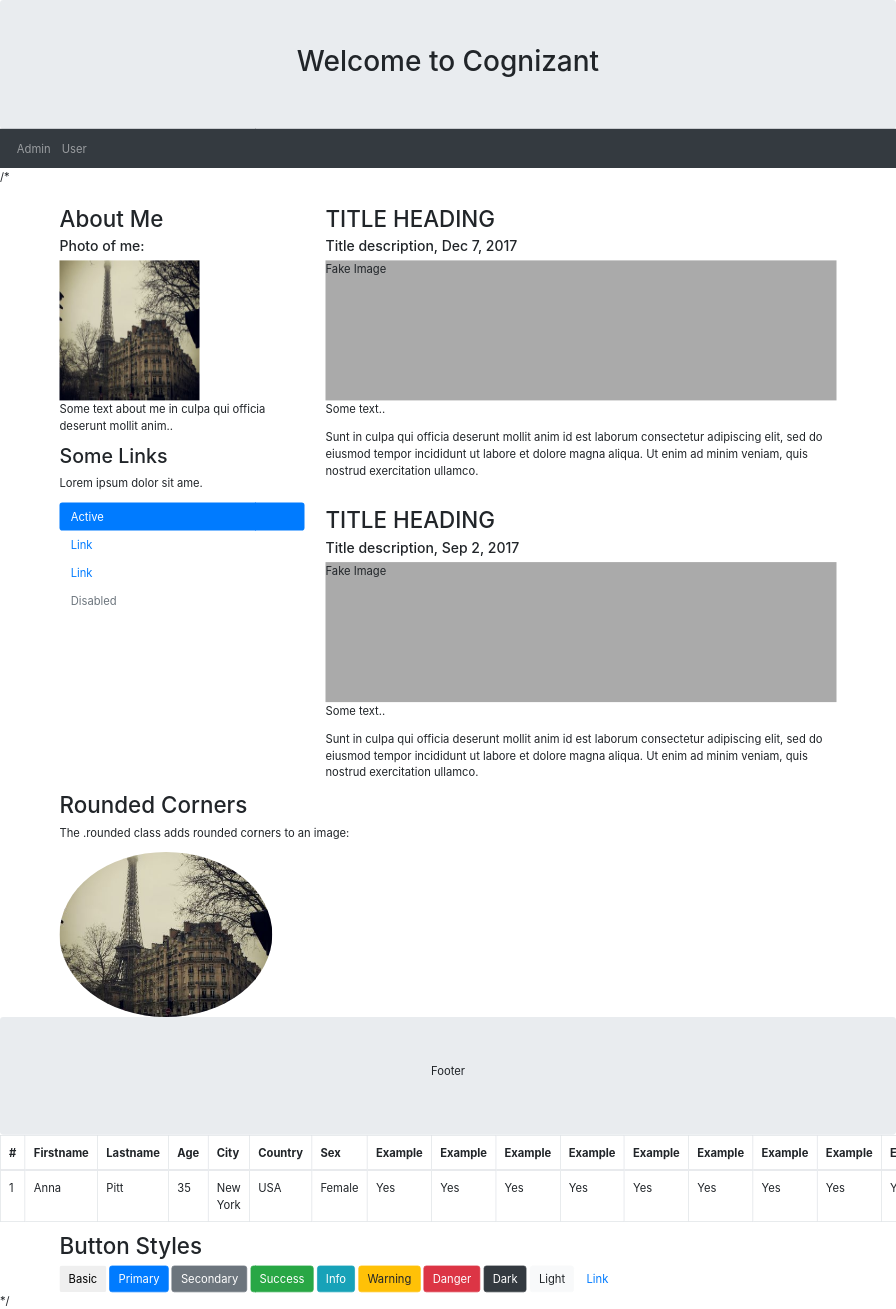
Repository: Anusha-Shilamkoti/Anusha
Page: MyFirstWebProject/WebContent/index.html
The author's editor kept a copy of each file at every save. The page is drawn from the files as they stood at one save, then again after the next save.
The browser window is 1280 px wide. The pictures show the whole page, at 70% of full size.

Above is the page before, as saved 2020-01-20 04:12:51.

### MyFirstWebProject/WebContent/index.html
<!DOCTYPE html>
<html lang="en">
<head>
  <title>Welcome to Cognizant</title>
  <meta charset="utf-8">
  <head>
  <meta name="viewport" content="width=device-width, initial-scale=1">
  <link rel="stylesheet" href="Bootstrap/css/bootstrap.min.css">
  <script src="https://ajax.googleapis.com/ajax/libs/jquery/3.3.1/jquery.min.js"></script>
  <script src="Bootstrap/js/bootstrap.min.js"></script>
<style>
  .fakeimg {
    height: 200px;
    background: #aaa;
  }
  </style>
</head>
<body>

<div class="jumbotron text-center" style="margin-bottom:0">
  <h1>Welcome to Cognizant</h1>
</div>

<nav class="navbar navbar-expand-sm bg-dark navbar-dark">
  <button class="navbar-toggler" type="button" data-toggle="collapse" data-target="#collapsibleNavbar">
    <span class="navbar-toggler-icon"></span>
  </button>
  <div class="collapse navbar-collapse" id="collapsibleNavbar">
    <ul class="navbar-nav">
      <li class="nav-item">
        <a class="nav-link" href="#">Admin</a>
      </li>
      <li class="nav-item">
        <a class="nav-link" href="#">User</a>
      </li>
    </ul>
  </div>
</nav>

/*<div class="container" style="margin-top:30px">
  <div class="row">
    <div class="col-md-4">
      <h2>About Me</h2>
      <h5>Photo of me:</h5>
      <div>
      <img alt="Anusha" src="image\paris.jpg"  width="200" height="200">
      </div>
      <p>Some text about me in culpa qui officia deserunt mollit anim..</p>
      <h3>Some Links</h3>
      <p>Lorem ipsum dolor sit ame.</p>
      <ul class="nav nav-pills flex-column">
        <li class="nav-item">
          <a class="nav-link active" href="#">Active</a>
        </li>
        <li class="nav-item">
          <a class="nav-link" href="#">Link</a>
        </li>
        <li class="nav-item">
          <a class="nav-link" href="#">Link</a>
        </li>
        <li class="nav-item">
          <a class="nav-link disabled" href="#">Disabled</a>
        </li>
      </ul>
      <hr class="d-sm-none">
    </div>
    <div class="col-sm-8">
      <h2>TITLE HEADING</h2>
      <h5>Title description, Dec 7, 2017</h5>
      <div class="fakeimg">Fake Image</div>
      <p>Some text..</p>
      <p>Sunt in culpa qui officia deserunt mollit anim id est laborum consectetur adipiscing elit, sed do eiusmod tempor incididunt ut labore et dolore magna aliqua. Ut enim ad minim veniam, quis nostrud exercitation ullamco.</p>
      <br>
      <h2>TITLE HEADING</h2>
      <h5>Title description, Sep 2, 2017</h5>
      <div class="fakeimg">Fake Image</div>
      <p>Some text..</p>
      <p>Sunt in culpa qui officia deserunt mollit anim id est laborum consectetur adipiscing elit, sed do eiusmod tempor incididunt ut labore et dolore magna aliqua. Ut enim ad minim veniam, quis nostrud exercitation ullamco.</p>
    </div>
  </div>
</div>
<div class="container">
  <h2>Rounded Corners</h2>
  <p>The .rounded class adds rounded corners to an image:</p>
  <img src="image/paris.jpg" class="rounded-circle" alt="Cinque Terre" width="304" height="236">
</div>

<div class="jumbotron text-center" style="margin-bottom:0">
  <p>Footer</p>
</div>
 <div class="table-responsive">
    <table class="table table-bordered">
      <thead>
        <tr>
          <th>#</th>
          <th>Firstname</th>
          <th>Lastname</th>
          <th>Age</th>
          <th>City</th>
          <th>Country</th>
          <th>Sex</th>
          <th>Example</th>
          <th>Example</th>
          <th>Example</th>
          <th>Example</th>
          <th>Example</th>
          <th>Example</th>
          <th>Example</th>
          <th>Example</th>
          <th>Example</th>
          <th>Example</th>
          <th>Example</th>
          <th>Example</th>
        </tr>
      </thead>
      <tbody>
        <tr>
          <td>1</td>
          <td>Anna</td>
          <td>Pitt</td>
          <td>35</td>
          <td>New York</td>
          <td>USA</td>
          <td>Female</td>
          <td>Yes</td>
          <td>Yes</td>
          <td>Yes</td>
          <td>Yes</td>
          <td>Yes</td>
          <td>Yes</td>
          <td>Yes</td>
          <td>Yes</td>
          <td>Yes</td>
          <td>Yes</td>
          <td>Yes</td>
          <td>Yes</td>
        </tr>
      </tbody>
    </table>
  </div>

<div class="container">
  <h2>Button Styles</h2>
  <button type="button" class="btn">Basic</button>
  <button type="button" class="btn btn-primary">Primary</button>
  <button type="button" class="btn btn-secondary">Secondary</button>
  <button type="button" class="btn btn-success">Success</button>
  <button type="button" class="btn btn-info">Info</button>
  <button type="button" class="btn btn-warning">Warning</button>
  <button type="button" class="btn btn-danger">Danger</button>
  <button type="button" class="btn btn-dark">Dark</button>
  <button type="button" class="btn btn-light">Light</button>
  <button type="button" class="btn btn-link">Link</button>
</div>*/
</body>
</html>

Loaded but not shown: MyFirstWebProject/WebContent/Bootstrap/css/bootstrap.min.css (library); MyFirstWebProject/WebContent/Bootstrap/js/bootstrap.min.js (library)

After the next save:
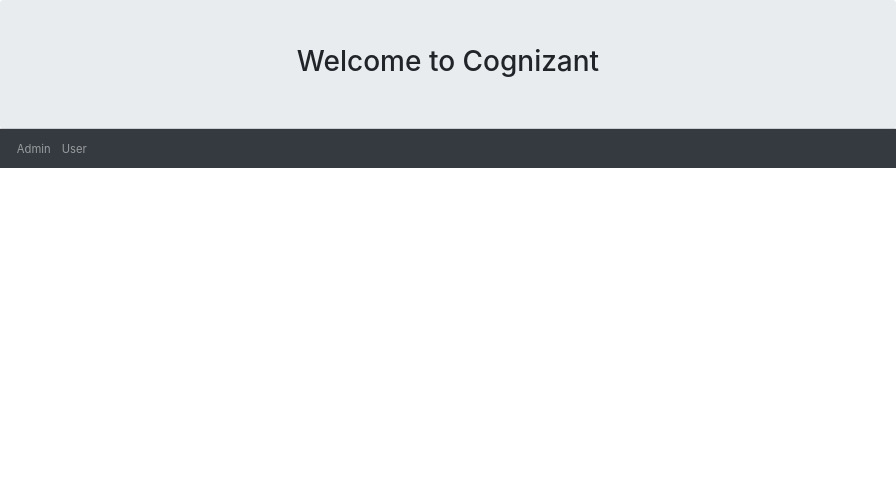
Saved 5 min 24 s later.
--- a/MyFirstWebProject/WebContent/index.html
+++ b/MyFirstWebProject/WebContent/index.html
@@ -37,120 +37,8 @@
   </div>
 </nav>
 
-/*<div class="container" style="margin-top:30px">
-  <div class="row">
-    <div class="col-md-4">
-      <h2>About Me</h2>
-      <h5>Photo of me:</h5>
-      <div>
-      <img alt="Anusha" src="image\paris.jpg"  width="200" height="200">
-      </div>
-      <p>Some text about me in culpa qui officia deserunt mollit anim..</p>
-      <h3>Some Links</h3>
-      <p>Lorem ipsum dolor sit ame.</p>
-      <ul class="nav nav-pills flex-column">
-        <li class="nav-item">
-          <a class="nav-link active" href="#">Active</a>
-        </li>
-        <li class="nav-item">
-          <a class="nav-link" href="#">Link</a>
-        </li>
-        <li class="nav-item">
-          <a class="nav-link" href="#">Link</a>
-        </li>
-        <li class="nav-item">
-          <a class="nav-link disabled" href="#">Disabled</a>
-        </li>
-      </ul>
-      <hr class="d-sm-none">
-    </div>
-    <div class="col-sm-8">
-      <h2>TITLE HEADING</h2>
-      <h5>Title description, Dec 7, 2017</h5>
-      <div class="fakeimg">Fake Image</div>
-      <p>Some text..</p>
-      <p>Sunt in culpa qui officia deserunt mollit anim id est laborum consectetur adipiscing elit, sed do eiusmod tempor incididunt ut labore et dolore magna aliqua. Ut enim ad minim veniam, quis nostrud exercitation ullamco.</p>
-      <br>
-      <h2>TITLE HEADING</h2>
-      <h5>Title description, Sep 2, 2017</h5>
-      <div class="fakeimg">Fake Image</div>
-      <p>Some text..</p>
-      <p>Sunt in culpa qui officia deserunt mollit anim id est laborum consectetur adipiscing elit, sed do eiusmod tempor incididunt ut labore et dolore magna aliqua. Ut enim ad minim veniam, quis nostrud exercitation ullamco.</p>
-    </div>
-  </div>
+<div class="container-fluid">
+
 </div>
-<div class="container">
-  <h2>Rounded Corners</h2>
-  <p>The .rounded class adds rounded corners to an image:</p>
-  <img src="image/paris.jpg" class="rounded-circle" alt="Cinque Terre" width="304" height="236">
-</div>
-
-<div class="jumbotron text-center" style="margin-bottom:0">
-  <p>Footer</p>
-</div>
- <div class="table-responsive">
-    <table class="table table-bordered">
-      <thead>
-        <tr>
-          <th>#</th>
-          <th>Firstname</th>
-          <th>Lastname</th>
-          <th>Age</th>
-          <th>City</th>
-          <th>Country</th>
-          <th>Sex</th>
-          <th>Example</th>
-          <th>Example</th>
-          <th>Example</th>
-          <th>Example</th>
-          <th>Example</th>
-          <th>Example</th>
-          <th>Example</th>
-          <th>Example</th>
-          <th>Example</th>
-          <th>Example</th>
-          <th>Example</th>
-          <th>Example</th>
-        </tr>
-      </thead>
-      <tbody>
-        <tr>
-          <td>1</td>
-          <td>Anna</td>
-          <td>Pitt</td>
-          <td>35</td>
-          <td>New York</td>
-          <td>USA</td>
-          <td>Female</td>
-          <td>Yes</td>
-          <td>Yes</td>
-          <td>Yes</td>
-          <td>Yes</td>
-          <td>Yes</td>
-          <td>Yes</td>
-          <td>Yes</td>
-          <td>Yes</td>
-          <td>Yes</td>
-          <td>Yes</td>
-          <td>Yes</td>
-          <td>Yes</td>
-        </tr>
-      </tbody>
-    </table>
-  </div>
-
-<div class="container">
-  <h2>Button Styles</h2>
-  <button type="button" class="btn">Basic</button>
-  <button type="button" class="btn btn-primary">Primary</button>
-  <button type="button" class="btn btn-secondary">Secondary</button>
-  <button type="button" class="btn btn-success">Success</button>
-  <button type="button" class="btn btn-info">Info</button>
-  <button type="button" class="btn btn-warning">Warning</button>
-  <button type="button" class="btn btn-danger">Danger</button>
-  <button type="button" class="btn btn-dark">Dark</button>
-  <button type="button" class="btn btn-light">Light</button>
-  <button type="button" class="btn btn-link">Link</button>
-</div>*/
 </body>
 </html>
